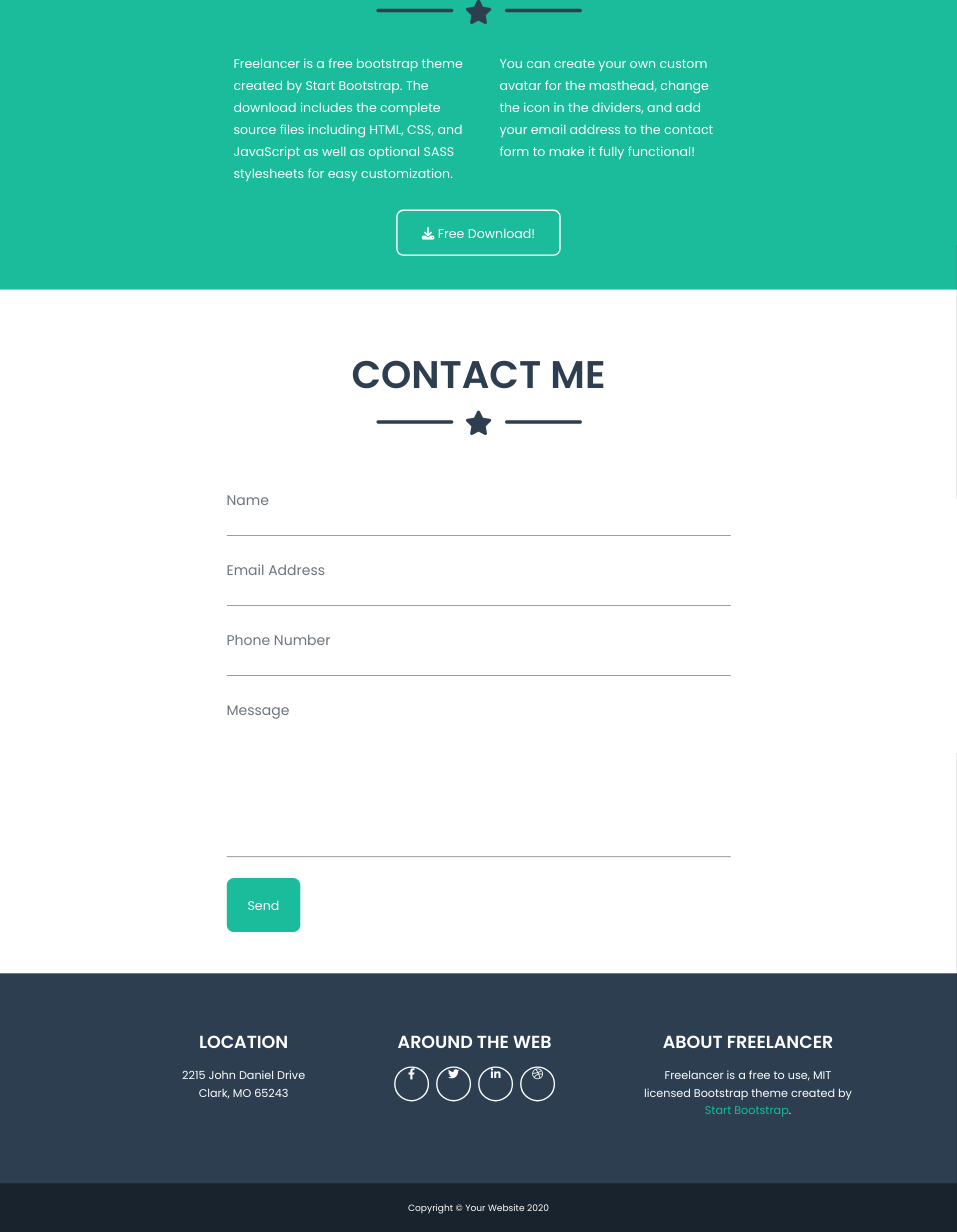
Repository: sSoRaK/web-cut-by-figma_train
Page: bai02/index.html
An editor plug-in stored every save of this project. The page is shown before and after the next save, followed by the edit.
The browser window is 1280 px wide. The page is 1367 px wide, so the pictures cover 1367 px, including what lies to the right of the window. The pictures show the part of the page from y = 1829 to 3589 px (the page is 3589 px tall), at 70% of full size.

Above is the page before, as saved 2023-06-02 15:53:42.

### bai02/index.html
<!DOCTYPE html>
<html lang="en">
  <head>
    <meta charset="UTF-8" />
    <meta http-equiv="X-UA-Compatible" content="IE=edge" />
    <meta name="viewport" content="width=device-width, initial-scale=1.0" />
    <title>Start Bootstrap</title>
    <link rel="stylesheet" href="./style.css" />
    <link
      href="https://fonts.googleapis.com/css2?family=Poppins:wght@100;200;300;400;500;600&display=swap"
      rel="stylesheet"
    />
    <link
      rel="stylesheet"
      href="https://cdnjs.cloudflare.com/ajax/libs/font-awesome/6.4.0/css/all.min.css"
      integrity="sha512-iecdLmaskl7CVkqkXNQ/ZH/XLlvWZOJyj7Yy7tcenmpD1ypASozpmT/E0iPtmFIB46ZmdtAc9eNBvH0H/ZpiBw=="
      crossorigin="anonymous"
      referrerpolicy="no-referrer"
    />
  </head>
  <body>
    <div class="container">
      <!-- header menu -->
      <header>
        <div class="header-logo">
          <h2>Start Bootstrap</h2>
        </div>
        <nav>
          <ul>
            <li><a href="#">PORTFOLIO</a></li>
            <li><a href="#">ABOUT</a></li>
            <li><a href="#">CONTACT</a></li>
          </ul>
        </nav>
      </header>
      <!-- header menu -->
      <!-- main -->
      <main>
        <!-- block 01 -->
        <section class="block01 start-bootstrap">
          <img
            src="./resources/avataaars.png"
            alt="avatar"
            srcset="./resources/avataaars.png 2x"
          />
          <h3>START BOOTSTRAP</h3>
          <div class="star-line">
            <i class="fa-solid fa-star"></i>
          </div>
          <p>Graphic Artist - Web Designer - Illustrator</p>
        </section>
        <!-- block 01 -->

        <!-- block 02 -->
        <section class="block02 portfolio">
          <h4>PORTFOLIO</h4>
          <div class="star-line">
            <i class="fa-solid fa-star"></i>
          </div>
          <div class="img-list">
            <img
              src="./resources/cabin.png"
              alt="cabin"
              srcset="./resources/cabin.png 2x"
            />
            <img
              src="./resources/cake.png"
              alt="cake"
              srcset="./resources/cake.png"
            />
            <img
              src="./resources/circus.png"
              alt="circus"
              srcset="./resources/circus.png 2x"
            />
            <img
              src="./resources/game.png"
              alt="game"
              srcset="./resources/game.png 2x"
            />
            <img
              src="./resources/safe.png"
              alt="safe"
              srcset="./resources/safe.png 2x"
            />
            <img
              src="./resources/submarine.png"
              alt="submarine"
              srcset="./resources/submarine.png 2x"
            />
          </div>
        </section>
        <!-- block 02 -->

        <!-- block 03 -->
        <section class="block03 about">
          <h4>ABOUT</h4>
          <div class="star-line">
            <i class="fa-solid fa-star"></i>
          </div>
          <div iv class="content">
            <div class="left-content">
              Freelancer is a free bootstrap theme created by Start Bootstrap.
              The download includes the complete source files including HTML,
              CSS, and JavaScript as well as optional SASS stylesheets for easy
              customization.
            </div>
            <div class="right-content">
              You can create your own custom avatar for the masthead, change the
              icon in the dividers, and add your email address to the contact
              form to make it fully functional!
            </div>
          </div>
          <button><i class="fa-solid fa-download"></i> Free Download!</button>
        </section>
        <!-- block 03 -->

        <!-- block 04 -->
        <section class="block04 contact-me">
          <h4>CONTACT ME</h4>
          <div class="star-line">
            <i class="fa-solid fa-star"></i>
          </div>
          <div class="form">
            <form action="#" method="post">
              <div class="block">
                <label for="name">Name</label>
                <input type="text" name="name" id="name" />
              </div>
              <div class="block">
                <label for="email">Email Address</label>
                <input type="email" name="email" id="email" />
              </div>
              <div class="block">
                <label for="phone-number">Phone Number</label>
                <input type="number" name="phone-number" id="phone-number" />
              </div>
              <div class="block">
                <label for="message">Message</label>
                <textarea
                  name="message"
                  id="message"
                  style="resize: none"
                ></textarea>
              </div>
              <div class="send-btn">
                <input type="submit" value="Send" />
              </div>
            </form>
          </div>
        </section>
        <!-- block 04 -->
      </main>
      <footer>
        <div class="wrapper">
          <div class="col">
            <h5>LOCATION</h5>
            <p>
              2215 John Daniel Drive <br />
              Clark, MO 65243
            </p>
          </div>
          <div class="col">
            <h5>AROUND THE WEB</h5>
            <div class="icon-web">
              <i class="fa-brands fa-facebook-f icon"></i>
              <i class="fa-brands fa-twitter icon"></i>
              <i class="fa-brands fa-linkedin-in icon"></i>
              <i class="fa-brands fa-dribbble icon"></i>
            </div>
          </div>
          <div class="col">
            <h5>ABOUT FREELANCER</h5>
            <p>
              Freelancer is a free to use, MIT <br />
              licensed Bootstrap theme created by <br />
              <span>Start Bootstrap</span>.
            </p>
          </div>
        </div>
        <p class="copyright-footer">Copyright &copy; Your Website 2020</p>
      </footer>
      <!-- main -->
    </div>
  </body>
</html>

### bai02/style.css
* {
  margin: 0;
  padding: 0;
  box-sizing: border-box;
  font-family: "Poppins", sans-serif;
  list-style: none;
  text-decoration: none;
}
body {
  background-color: #0e0e0e;
  height: 2400px;
}
.container {
  position: relative;
  width: 1367px;
  background-color: #2c3e50;
  margin: 0 auto;
}
/* header menu */
header {
  height: 100px;
  color: #ffffff;
  display: flex;
  justify-content: space-between;
  align-items: center;
  margin: 0 155px 0 130px;
}
.header-logo {
  text-transform: uppercase;
  font-weight: 700;
  font-size: 20px;
  cursor: pointer;
}
nav ul {
  display: flex;
  gap: 40px;
}

ul li a {
  color: #ffffff;
  font-weight: 600;
  font-size: 18px;
}
/* header menu */
/* main */

/* block 01 */
.block01 {
  height: 680px;
  background-color: #1abc9c;
  color: #ffffff;
  text-align: center;
  padding: 102px 0;
}
.block01 img {
  width: 250px;
  height: 250px;
  margin-bottom: 30px;
}
.block01 h3 {
  font-size: 65px;
}
.star-line {
  margin-bottom: 20px;
}
.block01 p {
  font-size: 20px;
}
/* block 01 */
/* block 02 */
.block02 {
  height: 852px;
  background-color: #ffffff;
  color: #ffffff;
  padding: 80px 0;
}
.block02 h4,
.block03 h4,
.block04 h4 {
  text-align: center;
  color: #2c3e50;
  font-size: 55px;
  margin-bottom: 10px;
}
/* làm star line */
.star-line {
  position: relative;
  color: #2c3e50;
  text-align: center;
}
.fa-star {
  font-size: 35px;
}
.star-line::before {
  position: absolute;
  content: "";
  width: 110px;
  height: 5px;
  bottom: 50%;
  left: 50%;
  background-color: #2c3e50;
  transform: translateX(-133%);
  border-radius: 10px;
}
.star-line::after {
  position: absolute;
  content: "";
  width: 110px;
  height: 5px;
  bottom: 50%;
  right: 50%;
  background-color: #2c3e50;
  transform: translateX(134%);
  border-radius: 10px;
}
/* phần image list */
.img-list {
  display: grid;
  grid-template-rows: repeat(2, 240px);
  grid-template-columns: repeat(3, 330px);
  gap: 48px;
  margin: 32px 138px 0 138px;
}
.img-list img {
  width: 330px;
  height: 240px;
  object-fit: contain;
  border-radius: 10px;
}
/* block 02 */

/* block 03 */
.block03 {
  height: 610px;
  background-color: #1abc9c;
  text-align: center;
  padding: 102px 0;
}
.block03 h4 {
  color: #ffffff;
}
.content {
  display: flex;
  width: 700px;
  height: 180px;
  margin: 38px auto 45px auto;
  column-gap: 50px;
  color: #ffffff;
}
.left-content,
.right-content {
  font-size: 18px;
  line-height: 1.75em;
  text-align: left;
}
.left-content {
  width: 330px;
}
.right-content {
  width: 320px;
}
/* button */
.block03 button {
  width: 235px;
  height: 66px;
  background-color: transparent;
  border: 2px solid #ffffff;
  border-radius: 10px;
  color: #ffffff;
  cursor: pointer;
  font-size: 18px;
}
/* block 03 */

/* block 04 */
.block04 {
  height: 977px;
  background-color: #fff;
  padding: 80px 0;
}
.form {
  width: 720px;
  height: 610px;
  margin: 75px auto;
}
.block {
  width: 100%;
  height: 65px;
  margin-bottom: 20px;
}
.block:not(:first-child) {
  margin-top: 35px;
}
.block label {
  color: #6c757d;
  font-size: 20px;
}
.block input,
.block #message {
  display: block;
  width: 100%;
  border: none;
  border-bottom: 1.5px solid #6c757d;
  margin-top: 15px;
}
.block textarea {
  height: 180px;
}
.send-btn {
  margin-top: 190px;
  width: 100px;
  height: 68px;
}
.send-btn input {
  font-size: 18px;
  border: none;
  color: #fff;
  background-color: #1abc9c;
  padding: 25px 30px;
  border-radius: 10px;
  cursor: pointer;
}
/* block 04 */
/* main */

/* footer */
footer {
  height: 290px;
}
.wrapper {
  display: flex;
  justify-content: space-between;
  margin: 80px 150px 0 150px;
  padding-left: 110px;
  text-align: center;
  color: #fff;
}
.col h5 {
  font-size: 25px;
}
.col p,
.col .icon-web {
  margin-top: 15px;
}
.icon {
  width: 50px;
  height: 50px;
  border: 2px solid #fff;
  border-radius: 50%;
  display: flex;
  align-self: center;
  justify-content: center;
}
.icon-web {
  display: flex;
  gap: 10px;
  justify-content: space-between;
}
.col p span {
  color: #1abc9c;
  cursor: pointer;
}
/* copyright footer */
footer .copyright-footer {
  position: absolute;
  height: 70px;
  width: 100%;
  color: #fff;
  background-color: #19232d;
  bottom: 0;
  left: 0;
  display: flex;
  align-items: center;
  justify-content: center;
  font-size: 13px;
}
/* footer */

After the next save:
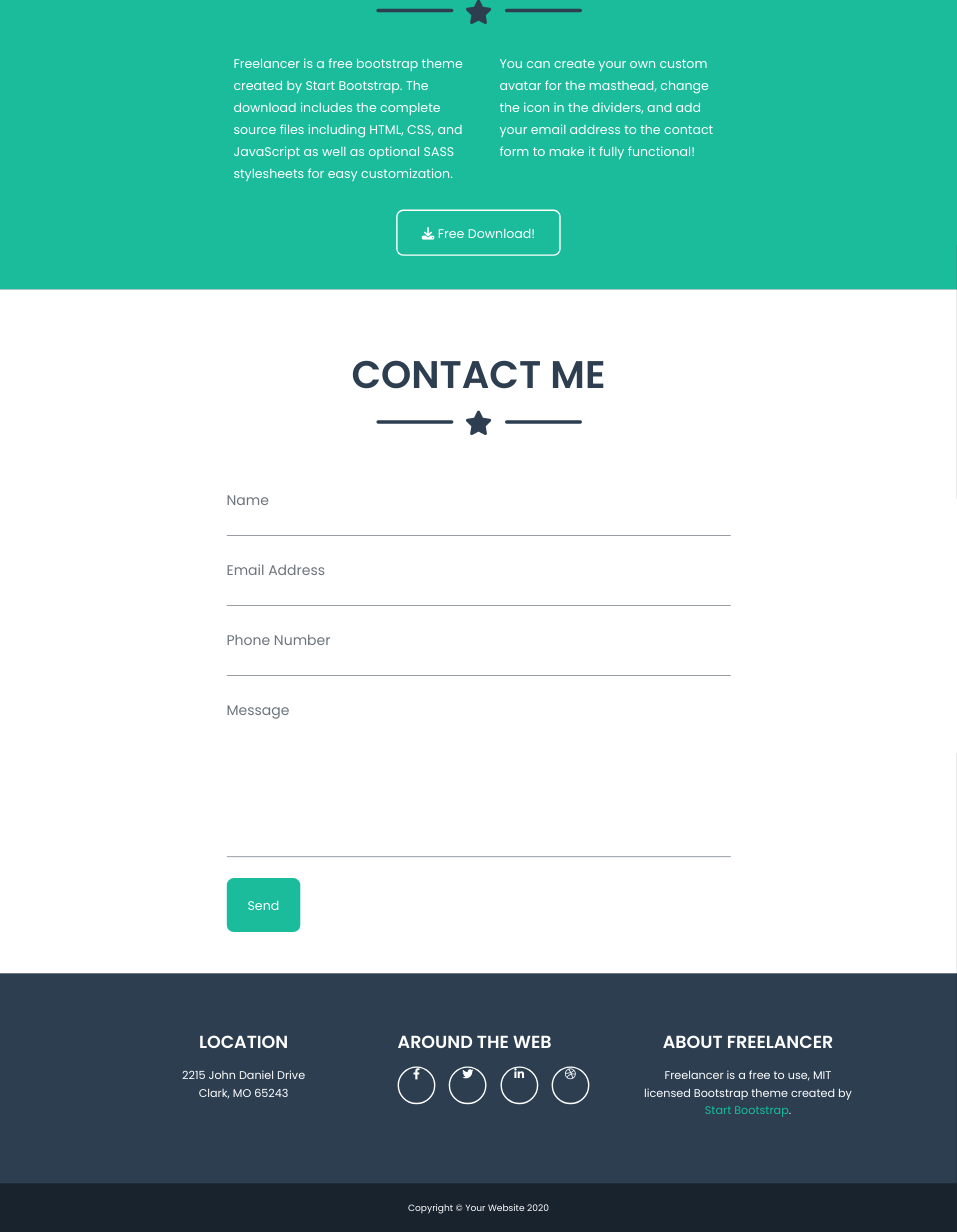
Saved 64 s later.
--- a/bai02/style.css
+++ b/bai02/style.css
@@ -243,13 +243,15 @@ footer {
   margin-top: 15px;
 }
 .icon {
+  position: relative;
+}
+.icon::before {
+  position: absolute;
+  content: "";
   width: 50px;
   height: 50px;
   border: 2px solid #fff;
   border-radius: 50%;
-  display: flex;
-  align-self: center;
-  justify-content: center;
 }
 .icon-web {
   display: flex;
